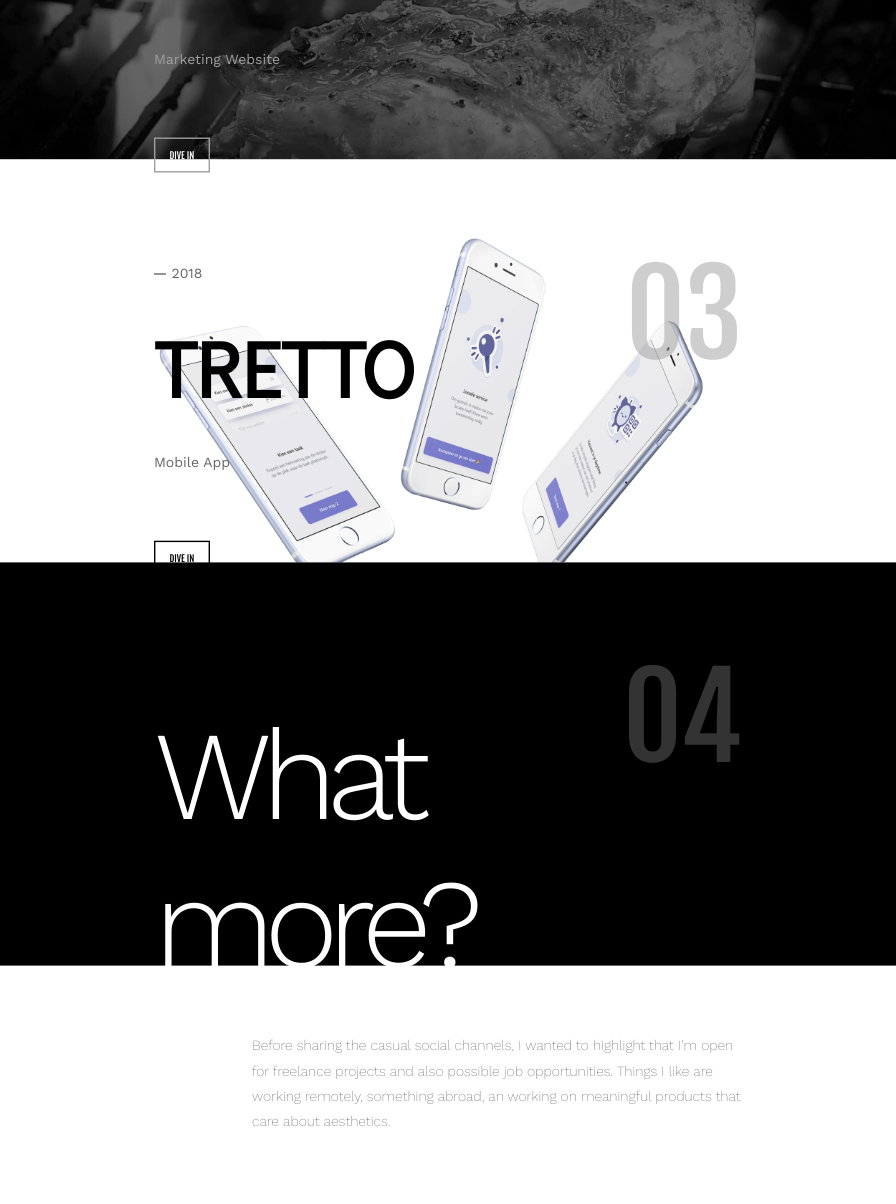
Repository: m0lt/DigitalDesigner
Page: index.html
An editor plug-in stored every save of this project. The page is shown before and after the next save, followed by the edit.
The browser window is 1280 px wide. The pictures show the part of the page from y = 2909 to 4829 px (the page is 4629 px tall before and 4829 px after), at 70% of full size.
Backgrounds fixed to the window are drawn as part of the page.

Above is the page before, as saved 2025-07-08 11:40:50.

### index.html
<!DOCTYPE html>
<html lang="en">
  <head>
    <meta charset="UTF-8" />
    <meta name="viewport" content="width=device-width, initial-scale=1.0" />
    <link rel="stylesheet" href="./assets/css/styles.css" />
    <link rel="stylesheet" href="./assets/css/styles.css" />
    <title>Project 1</title>
  </head>
  <body>
    <header></header>
    <main>
      <section id="hero">
        <p>Super Portfolio of</p>
        <h1>DIGITAL<br />DESIGNER</h1>
        <img src="./assets/img/portfolio1.jpeg" alt="Man Jumping on Rock" />
        <p>WORK</p>
      </section>
      <section id="ORBIS" class="dark content">
        <p class="Year">2019</p>
        <h2>ORBIS</h2>
        <p>Corporate Website</p>
        <button>DIVE IN</button>
        <p class="number">01</p>
      </section>
      <section id="ROLLR" class="light content">
        <p class="Year">2019</p>
        <h2>ROLLR</h2>
        <p>Marketing Website</p>
        <button>DIVE IN</button>
        <p class="number">02</p>
      </section>
      <section id="GALITOS" class="dark content">
        <p class="Year">2018</p>
        <h2>GALITO'S</h2>
        <p>Marketing Website</p>
        <button>DIVE IN</button>
        <p class="number">03</p>
      </section>
      <section id="TRETTO" class="light content">
        <p class="Year">2018</p>
        <h2>TRETTO</h2>
        <p>Mobile App</p>
        <button>DIVE IN</button>
        <p class="number">04</p>
      </section>
      <section id="more" class="content">
        <h2>What more?</h2>
        <div>
          <p>
            Before sharing the casual social channels, I wanted to highlight that I’m open for freelance projects and
            also possible job opportunities. Things I like are working remotely, something abroad, an working on
            meaningful products that care about aesthetics.
          </p>
          <p>super@super.de</p>
        </div>
      </section>
    </main>
    <footer></footer>
  </body>
</html>

### assets/css/styles.css
* {
  box-sizing: border-box;
  margin: 0;
  padding: 0;
}

:root {
  --void: #000;
  --bright: #fff;
  --dark: #333;
  --mid: #666;
  --light: #9e9e9e;
  --font-size: 16px;
}

@font-face {
  font-family: "Didact Gothic";
  src: url(../font/Didact_Gothic/DidactGothic-Regular.ttf);
}
@font-face {
  font-family: "Fjalla One";
  src: url(../font/Fjalla_One/FjallaOne-Regular.ttf);
}
@font-face {
  font-family: "Work Sans";
  src: url(../font/Work_Sans/WorkSans-VariableFont_wght.ttf);
}

html {
}

h1 {
  font-family: "Didact Gothic";
  font-size: 100px;
  font-weight: 100px;
  letter-spacing: -2px;
  margin: 30px;
}

h2 {
  font-family: "Didact Gothic";
  font-size: 112px;
  padding: 50px 0 50px 0;
}

.content {
  margin: 0 auto;
  padding: 150px 220px;
  height: 80vh;
  background-repeat: no-repeat;
  background-attachment: fixed;
  background-size: cover;
}

.content p {
  font-family: "Work Sans";
  font-size: 20px;
}

/* Strich vor der Jahreszahl */
.Year::before {
  content: "";
  display: inline-block;
  width: 17px;
  height: 2px;
  margin-right: 8px;
  vertical-align: middle;
}

button {
  border-width: 2px;
  border-style: solid;
  padding: 15px 20px;
  margin: 100px 0;
  background-color: transparent;
  font-family: "Fjalla One";
}

p.number {
  font-size: 165px;
  opacity: 50%;
  font-family: "Fjalla One";
  text-align: end;
}

/* !=============Color Scheme: Dark=============== */
.dark p {
  color: var(--light);
}
.dark h2 {
  color: var(--bright);
}
.dark button {
  border-color: var(--light);
  color: var(--bright);
}
.dark .Year::before {
  background-color: var(--light);
}

/* !=============Color Scheme: Light=============== */

.light p {
  color: var(--mid);
}
.light h2 {
  color: var(--void);
}
.light button {
  border-color: var(--void);
  color: var(--void);
}
.light .Year::before {
  background-color: var(--mid);
}

/* #==============Sections=============== */

#hero {
  text-align: center;
  margin: 20px;
}
#hero p {
  font-family: "Work Sans";
}
#hero p:nth-of-type(1) {
  font-size: 20px;
}
#hero p:nth-of-type(2) {
  margin: 50px;
  font-size: 160px;
}

#ORBIS {
  background-image: url("../img/portfolio2.jpg");
}

#ROLLR {
  background-image: url("../img/portfolio3.png");
}

#GALITOS {
  background-image: url("../img/portfolio4.jpg");
}

#TRETTO {
  background-image: url("../img/portfolio5.png");
}

#more {
  background-color: var(--void);
}

#more h2 {
  font-size: 180px;
  font-family: "Work Sans";
  font-weight: 300;
  letter-spacing: -15px;
  color: var(--bright);
}

#more div {
  width: 700px;
  float: right;
}
#more p:nth-child(1) {
  color: var(--mid);
  font-weight: 200;
  line-height: 180%;
}
#more p:nth-child(2) {
  padding-top: 30px;
  font-size: 60px;
  font-weight: 300;
  color: var(--bright);
  letter-spacing: -5px;
}

After the next save:
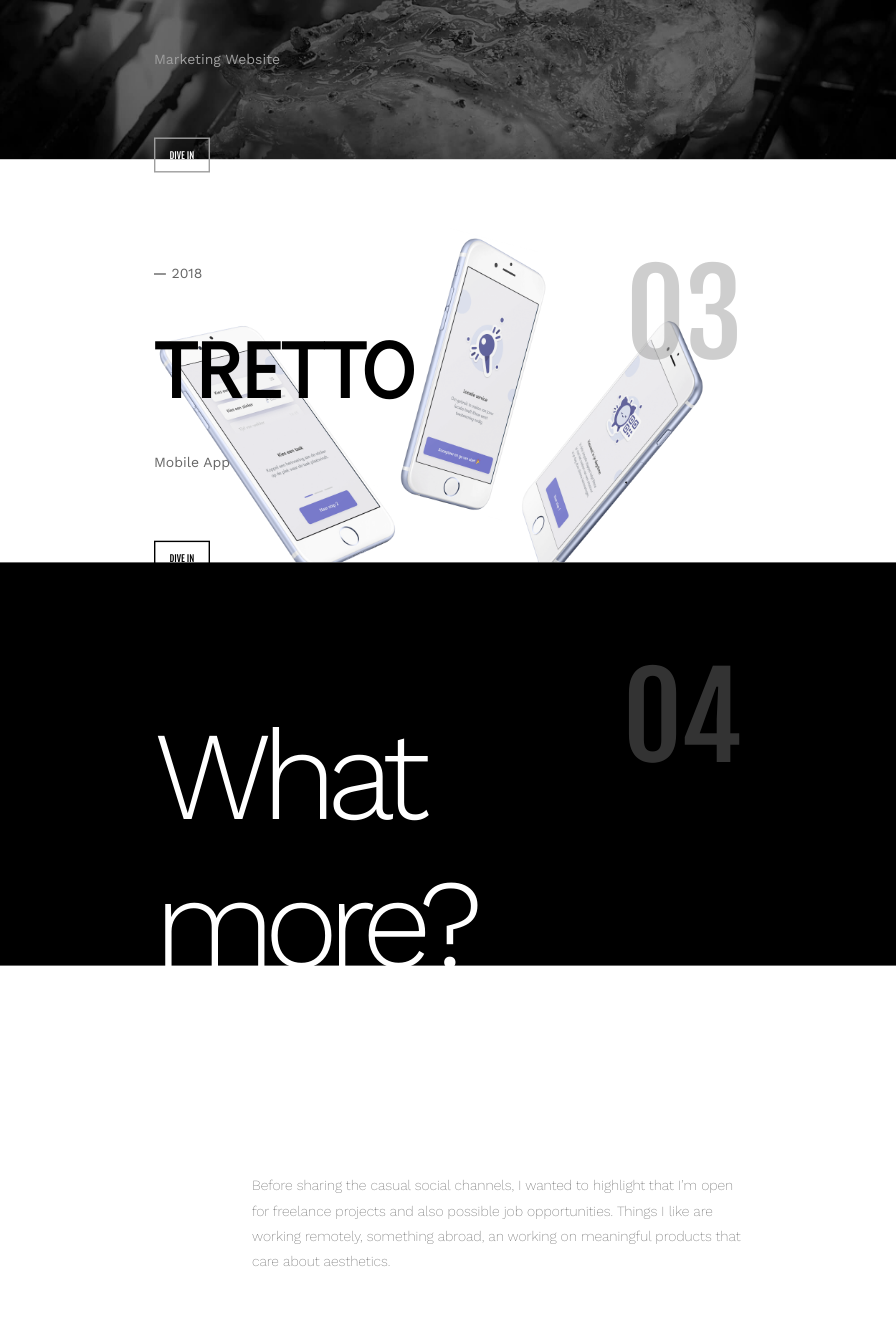
Saved 17 s later.
--- a/assets/css/styles.css
+++ b/assets/css/styles.css
@@ -160,6 +160,7 @@ p.number {
 }
 
 #more div {
+  margin-top: 200px;
   width: 700px;
   float: right;
 }
